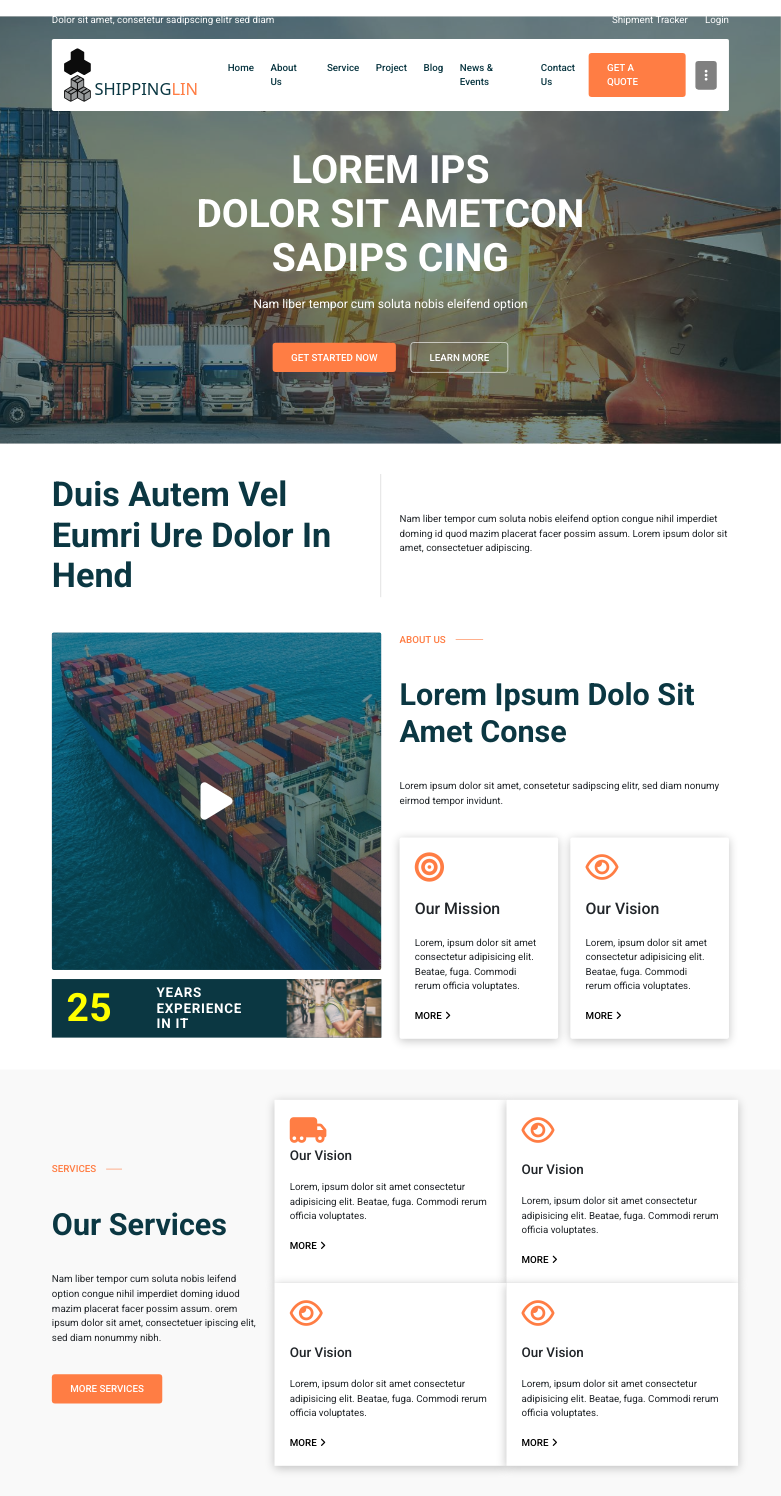
Repository: nazmulalok/shipping-theme
Page: index.html
These files come from the project's save history. The page is drawn as it stood at one moment and after the next save; the edit follows.
The browser window is 1280 px wide. The pictures show the whole page, at 61% of full size.
Some web libraries are served in a nearby version.

Above is the page before, as saved 2022-10-08 23:01:00.

### index.html
<!DOCTYPE html>
<html lang="en">

    <head>
        <meta charset="UTF-8">
        <meta http-equiv="X-UA-Compatible" content="IE=edge">
        <meta name="viewport" content="width=device-width, initial-scale=1.0">
        <link rel="preconnect" href="https://fonts.googleapis.com">
        <link rel="preconnect" href="https://fonts.gstatic.com" crossorigin>
        <link
            href="https://fonts.googleapis.com/css2?family=Roboto:ital,wght@0,300;0,400;0,500;0,700;0,900;1,300;1,400;1,500;1,700;1,900&display=swap"
            rel="stylesheet">
        <link rel="stylesheet" href="https://cdnjs.cloudflare.com/ajax/libs/font-awesome/6.2.0/css/all.min.css"
            integrity="sha512-xh6O/CkQoPOWDdYTDqeRdPCVd1SpvCA9XXcUnZS2FmJNp1coAFzvtCN9BmamE+4aHK8yyUHUSCcJHgXloTyT2A=="
            crossorigin="anonymous" referrerpolicy="no-referrer" />
        <link rel="stylesheet" href="https://cdn.jsdelivr.net/npm/bootstrap@4.0.0/dist/css/bootstrap.min.css"
            integrity="sha384-Gn5384xqQ1aoWXA+058RXPxPg6fy4IWvTNh0E263XmFcJlSAwiGgFAW/dAiS6JXm" crossorigin="anonymous">
        <link rel="stylesheet" href="style.css">
        <title>Document</title>
    </head>

    <body>
        <header class="header-top">
            <div class="container">
                <div class="top-bar">
                    <p class="m-0">Dolor sit amet, consetetur sadipscing elitr sed diam</p>
                    <div>
                        <span class="mr-4">Shipment Tracker</span>
                        <span>Login</span>
                    </div>
                </div>
                <div class="header-area">
                    <div class="logo">
                        <img src="images/box.svg" alt="Logo Box" class="me-2">
                        <img src="images/shipping-logo.svg" alt="Shipping Logo">
                    </div>
                    <nav>
                        <ul>
                            <li><a href="#">Home</a></li>
                            <li><a href="#">About Us</a></li>
                            <li><a href="#">Service</a></li>
                            <li><a href="#">Project</a></li>
                            <li><a href="#">Blog</a></li>
                            <li><a href="#">News & Events</a></li>
                            <li><a href="#">Contact Us</a></li>
                        </ul>
                    </nav>
                    <div class="nav-btn">
                        <a class="common-btn mr-3" href="#">Get A Quote</a>
                        <i class="fa-solid fa-ellipsis-vertical"></i>
                    </div>
                </div>
            </div>
        </header>
        <!-- Slider -->
        <section>
            <div class="main-slider">
                <div class="container">
                    <div class="slide-content">
                        <div class="slide-text">
                            <div class="slider-title mb-4">Lorem ips<br>
                                dolor sit ametcon<br>
                                sadips cing</div>
                            <p>Nam liber tempor cum soluta nobis eleifend option</p>
                            <div class="sliderBtn mt-5"><a class="common-btn mr-4" href="#">Get Started Now</a><a
                                    class="common-btn outline-btn" href="#">Learn More</a></div>
                        </div>
                    </div>
                </div>
            </div>
        </section>
        <!-- Slider Ends -->
        <div class="common-sec">
            <div class="container">
                <div class="row align-items-center mb-5">
                    <div class="col-lg-6">
                        <h1 class="border-heading">Duis Autem Vel Eumri
                            Ure Dolor In Hend</h1>
                    </div>
                    <div class="col-lg-6">
                        <p class="ms-4">Nam liber tempor cum soluta nobis eleifend option congue nihil imperdiet doming
                            id quod mazim
                            placerat facer possim assum. Lorem ipsum dolor sit amet, consectetuer adipiscing.</p>
                    </div>
                </div>
                <div class="row mt-5">
                    <div class="col-lg-6">
                        <div class="video-box img-box img-shadow">
                            <img src="images/ship-products.jpg" alt="Ship Products" />
                            <a data-fancybox="" href="" class="video-btn">
                                <i class="fa fa-play"></i>
                            </a>
                        </div>
                        <div class="exp-section">
                            <div class="exp-title ml-4">
                                25
                            </div>
                            <div class="exp-paragraph">
                                Years <br>Experience <br>In It
                            </div>
                            <img src="images/exp-bg.png" alt="Experience">
                        </div>
                    </div>
                    <div class="col-lg-6">
                        <span class="sp-title">About Us</span>
                        <h2 class="mb-5">Lorem Ipsum Dolo
                            Sit Amet Conse</h2>
                        <p class="mb-5">Lorem ipsum dolor sit amet, consetetur sadipscing elitr, sed diam nonumy eirmod
                            tempor
                            invidunt.</p>
                        <div class="boxes">
                            <div class="common-box">
                                <div class="content">
                                    <i class="fa-solid fa-bullseye mb-4"></i>
                                    <div class="box-title mb-4">
                                        Our Mission
                                    </div>
                                    <p class="mb-4">Lorem, ipsum dolor sit amet consectetur adipisicing elit. Beatae,
                                        fuga. Commodi
                                        rerum
                                        officia voluptates.</p>
                                    <a href="#" class="more-btn">More</a>
                                </div>
                            </div>
                            <div class="common-box">
                                <div class="content">
                                    <i class="fa-regular fa-eye mb-4"></i>
                                    <div class="box-title mb-4">
                                        Our Vision
                                    </div>
                                    <p class="mb-4">Lorem, ipsum dolor sit amet consectetur adipisicing elit. Beatae,
                                        fuga. Commodi
                                        rerum
                                        officia voluptates.</p>
                                    <a href="#" class="more-btn">More</a>
                                </div>
                            </div>
                        </div>
                    </div>
                </div>
            </div>
        </div>
        <div class="common-sec service-sec">
            <div class="container">
                <div class="row align-items-center">
                    <div class="col-lg-4">
                        <span class="sp-title">Services</span>
                        <h2 class="mb-5">Our Services</h2>
                        <p class="mb-5">Nam liber tempor cum soluta nobis leifend option congue nihil imperdiet doming
                            iduod mazim placerat facer possim assum. orem ipsum dolor sit amet, consectetuer ipiscing
                            elit, sed diam nonummy nibh.</p>
                        <a href="#" class="common-btn">More Services</a>
                    </div>
                    <div class="col-lg-8">
                        <div class="row">
                            <div class="col-lg-6 p-0">
                                <div class="common-box">
                                    <div class="content">
                                        <i class="fa-solid fa-truck-moving"></i>
                                        <div class="box-title mb-4">
                                            Our Vision
                                        </div>
                                        <p class="mb-4">Lorem, ipsum dolor sit amet consectetur adipisicing elit.
                                            Beatae,
                                            fuga. Commodi
                                            rerum
                                            officia voluptates.</p>
                                        <a href="#" class="more-btn">More</a>
                                    </div>
                                </div>
                            </div>
                            <div class="col-lg-6 p-0">
                                <div class="common-box">
                                    <div class="content">
                                        <i class="fa-regular fa-eye mb-4"></i>
                                        <div class="box-title mb-4">
                                            Our Vision
                                        </div>
                                        <p class="mb-4">Lorem, ipsum dolor sit amet consectetur adipisicing elit.
                                            Beatae,
                                            fuga. Commodi
                                            rerum
                                            officia voluptates.</p>
                                        <a href="#" class="more-btn">More</a>
                                    </div>
                                </div>
                            </div>
                            <div class="col-lg-6 p-0">
                                <div class="common-box">
                                    <div class="content">
                                        <i class="fa-regular fa-eye mb-4"></i>
                                        <div class="box-title mb-4">
                                            Our Vision
                                        </div>
                                        <p class="mb-4">Lorem, ipsum dolor sit amet consectetur adipisicing elit.
                                            Beatae,
                                            fuga. Commodi
                                            rerum
                                            officia voluptates.</p>
                                        <a href="#" class="more-btn">More</a>
                                    </div>
                                </div>
                            </div>
                            <div class="col-lg-6 p-0">
                                <div class="common-box">
                                    <div class="content">
                                        <i class="fa-regular fa-eye mb-4"></i>
                                        <div class="box-title mb-4">
                                            Our Vision
                                        </div>
                                        <p class="mb-4">Lorem, ipsum dolor sit amet consectetur adipisicing elit.
                                            Beatae,
                                            fuga. Commodi
                                            rerum
                                            officia voluptates.</p>
                                        <a href="#" class="more-btn">More</a>
                                    </div>
                                </div>
                            </div>
                        </div>
                    </div>
                </div>
            </div>
        </div>














        <script src="https://code.jquery.com/jquery-3.2.1.slim.min.js"
            integrity="sha384-KJ3o2DKtIkvYIK3UENzmM7KCkRr/rE9/Qpg6aAZGJwFDMVNA/GpGFF93hXpG5KkN"
            crossorigin="anonymous"></script>
        <script src="https://cdn.jsdelivr.net/npm/popper.js@1.12.9/dist/umd/popper.min.js"
            integrity="sha384-ApNbgh9B+Y1QKtv3Rn7W3mgPxhU9K/ScQsAP7hUibX39j7fakFPskvXusvfa0b4Q"
            crossorigin="anonymous"></script>
        <script src="https://cdn.jsdelivr.net/npm/bootstrap@4.0.0/dist/js/bootstrap.min.js"
            integrity="sha384-JZR6Spejh4U02d8jOt6vLEHfe/JQGiRRSQQxSfFWpi1MquVdAyjUar5+76PVCmYl"
            crossorigin="anonymous"></script>
    </body>

</html>

### style.css
/* Common CSS Starts*/
*,
*::before,
*::after {
    box-sizing: border-box;
    margin: 0;
    padding: 0;
}

html {
    scroll-behavior: smooth;
}

:root {
    --main-color: #FF7D44;
    --secondary-color: #0B3742;
    --tertiary-color: #FFFFFF;
}

body {
    font-family: 'Roboto', sans-serif;
}

a.white-space {
    white-space: nowrap;
}

/* Common CSS Ends */

/* slider style starts */

.main-slider>* {
    z-index: 10;
}

.main-slider {
    background: url(images/shipping-banner.jpg);
    height: 700px;
    width: 100%;
    background-size: cover;
    background-repeat: no-repeat;
    background-position: center;
    position: relative;
    display: flex;
    align-items: center;
    transition: all 1s;
    margin-top: -155px;
    z-index: 50;
}

.main-slider:before {
    content: '';
    width: 100%;
    height: 100%;
    top: 0;
    left: 0;
    position: absolute;
    background-color: rgb(11 55 66 / 55%);
    z-index: 1;
}

.slide-content {
    text-align: center;
}

.slide-text {
    color: var(--tertiary-color);
    padding-top: 100px;
}

.slider-title {
    font-size: 4rem;
    font-weight: 600;
    line-height: 4.5rem;
    text-transform: uppercase;
}

.slide-text p {
    font-size: 20px;
}

a.common-btn {
    display: inline-block;
    text-decoration: none;
    color: var(--tertiary-color);
    background: var(--main-color);
    padding: 12px 30px;
    border-radius: 5px;
    font-size: 16px;
    font-weight: 500;
    text-transform: uppercase;
    transition: all 1s ease;
}

a.common-btn:hover {
    background: var(--tertiary-color);
    color: var(--secondary-color);
}

a.common-btn.outline-btn {
    background: transparent !important;
    border: 1px solid var(--tertiary-color);
}

a.common-btn.outline-btn:hover {
    background: var(--tertiary-color) !important;
}

/* Header style starts */

.header-top {
    z-index: 100;
    background: transparent;
    position: relative;
}

.top-bar,
.header-area {
    display: flex;
    justify-content: space-between;
    align-items: center;
    color: var(--tertiary-color);
}

.top-bar {
    padding: 20px 0px;
}

.header-area {
    background: var(--tertiary-color);
    padding: 15px 20px;
    border-radius: 3px;
}

nav ul {
    list-style-type: none;
    color: var(--secondary-color);
    display: flex;
    gap: 1.7rem;
    margin: 0;
}

nav ul a {
    color: var(--secondary-color);
    text-decoration: none;
    font-size: 16px;
    font-weight: 500;
    transition: all 0.5s;
}

nav ul a:hover {
    color: var(--main-color);
    transition: all 0.5s;
}

.nav-btn {
    align-items: center;
    display: flex;
}

.nav-btn i {
    color: var(--tertiary-color);
    font-size: 21px;
    background: gray;
    padding: 13px 15px;
    border-radius: 5px;
}

/* Headings Styles */

h1 {
    font-size: 56px;
}

h2 {
    font-size: 50px;
}

h3 {
    font-size: 44px;
}

h4 {
    font-size: 38px;
}

h5 {
    font-size: 32px;
}

h6 {
    font-size: 26px;
}

h1,
h2,
h3,
h4,
h5,
h6 {
    font-weight: 700;
    margin-bottom: 10px;
    color: var(--secondary-color);
}

/* Section Styles */

.py-50,
.common-sec {
    padding-top: 50px;
    padding-bottom: 50px;
}

.common-sec {
    position: relative;
    z-index: 0;
    overflow: hidden;
}

.common-sec:nth-child(even):before {
    content: "";
    position: absolute;
    width: 1000%;
    height: 100%;
    top: 50%;
    left: 50%;
    transform: translate(-50%, -50%);
    background-color: #f9f9f9;
    border-bottom: 1px solid #f6f6f6;
    z-index: -1;
}

/* Image box style */

.img-box {
    border-radius: 3px;
    transition: 0.5s;
    margin-bottom: 15px;
    text-align: center;
    position: relative;
}

.img-box img {
    border-radius: 3px;
}

.img-box:last-child {
    margin-bottom: 0;
}

figure.img-box img+figcaption {
    margin-top: 10px;
    text-align: left;
    padding: 10px;
    border-radius: 3px;
    box-shadow: -5px 5px 20px 0 rgb(0 0 0 / 5%);
}

.img-box.img-shadow:before {
    content: '';
    width: 100%;
    height: 100%;
    position: absolute;
    top: 0;
    left: 0;
    background-color: rgb(11 55 66 / 55%);
    border-radius: 3px;
}

/* Video Box */

.video-box {
    position: relative;
}

.video-box img {
    border-radius: 3px;
    width: 100%;
}

.video-btn {
    position: absolute;
    text-align: center;
    color: var(--tertiary-color);
    font-size: 30px;
    border: none;
    left: 50%;
    top: 50%;
    -webkit-transform: translate(-50%, -50%);
    transform: translate(-50%, -50%);
    display: flex;
    justify-content: center;
    align-items: center;
    text-decoration: none !important;
    box-shadow: none;
    transition: 0.5s;
}

.video-btn .fa-play {
    color: var(--tertiary-color);
    position: relative;
    z-index: 99;
    -webkit-transition: color 0.5s;
    transition: 0.5s;
    text-decoration: none;
    line-height: 80px;
    font-size: 70px;
}

.video-btn:hover {
    color: inherit;
}

.video-btn:hover .fa-play {
    color: var(--main-color);
}

.video-btn:before,
.video-btn:after {
    display: none;
}

/* Common Box Styles */

.common-box {
    box-shadow: rgb(0 0 0 / 24%) 0px 3px 15px;
    height: 100%;
    background-color: #fff;
    border-radius: 3px;
    transition: all 0.5s ease;
}

.common-box>.img-box {
    margin-bottom: 0;
}

.common-box .common-heading:last-child,
.common-box p:last-child,
.common-box ul:last-child,
.common-box ul:last-child li:last-child,
.common-box .img-box:last-child {
    margin-bottom: 0;
}

.common-box>.content {
    padding: 25px;
}

/* Other CSS Starts */

.border-heading {
    border-right: 2px solid #E8E8E8;
}

.sp-title {
    display: flex;
    text-transform: uppercase;
    color: var(--main-color);
    font-weight: 500;
    align-items: center;
    margin-bottom: 3rem;
}

.sp-title:after {
    content: '';
    width: 20px;
    height: 1px;
    background: var(--main-color);
    flex: 0.1;
    margin-left: 1rem;
}

.boxes {
    display: grid;
    grid-template-columns: 1fr 1fr;
    grid-gap: 20px;
}

.common-box i {
    color: var(--main-color);
    font-size: 48px;
}

.common-box .box-title {
    font-size: 26px;
    font-weight: 500;
}

.common-box:hover {
    background-color: var(--main-color);
    color: var(--tertiary-color);
    transition: all 0.5s ease;
}

.common-box:hover i {
    color: var(--tertiary-color);
    transition: all 1s ease;
}

.exp-section {
    background: var(--secondary-color);
    display: flex;
    align-items: center;
    justify-content: space-between;
}

.exp-section .exp-title {
    color: #FFFF00;
    font-size: 64px;
    font-weight: 600;
    letter-spacing: 0.5px;
}

.exp-section .exp-paragraph {
    color: var(--tertiary-color);
    font-size: 22px;
    font-weight: 600;
    line-height: normal;
    text-transform: uppercase;
    letter-spacing: 1.2px;
}

.exp-section img {
    width: 155px;
}

a.more-btn {
    display: inline-block;
    color: #000;
    font-size: 16px;
    font-weight: 500;
    text-transform: uppercase;
    text-decoration: none;
}

a.more-btn:after {
    content: '\f105';
    font-family: 'FontAwesome';
    margin-left: 5px;

}

.common-box:hover a.more-btn {
    color: var(--tertiary-color);
}

/* Service Section */

.service-sec .common-box {
    border-radius: 0px;
}

.service-sec .common-box .box-title {
    font-size: 22px;
    font-weight: 500;
}

After the next save:
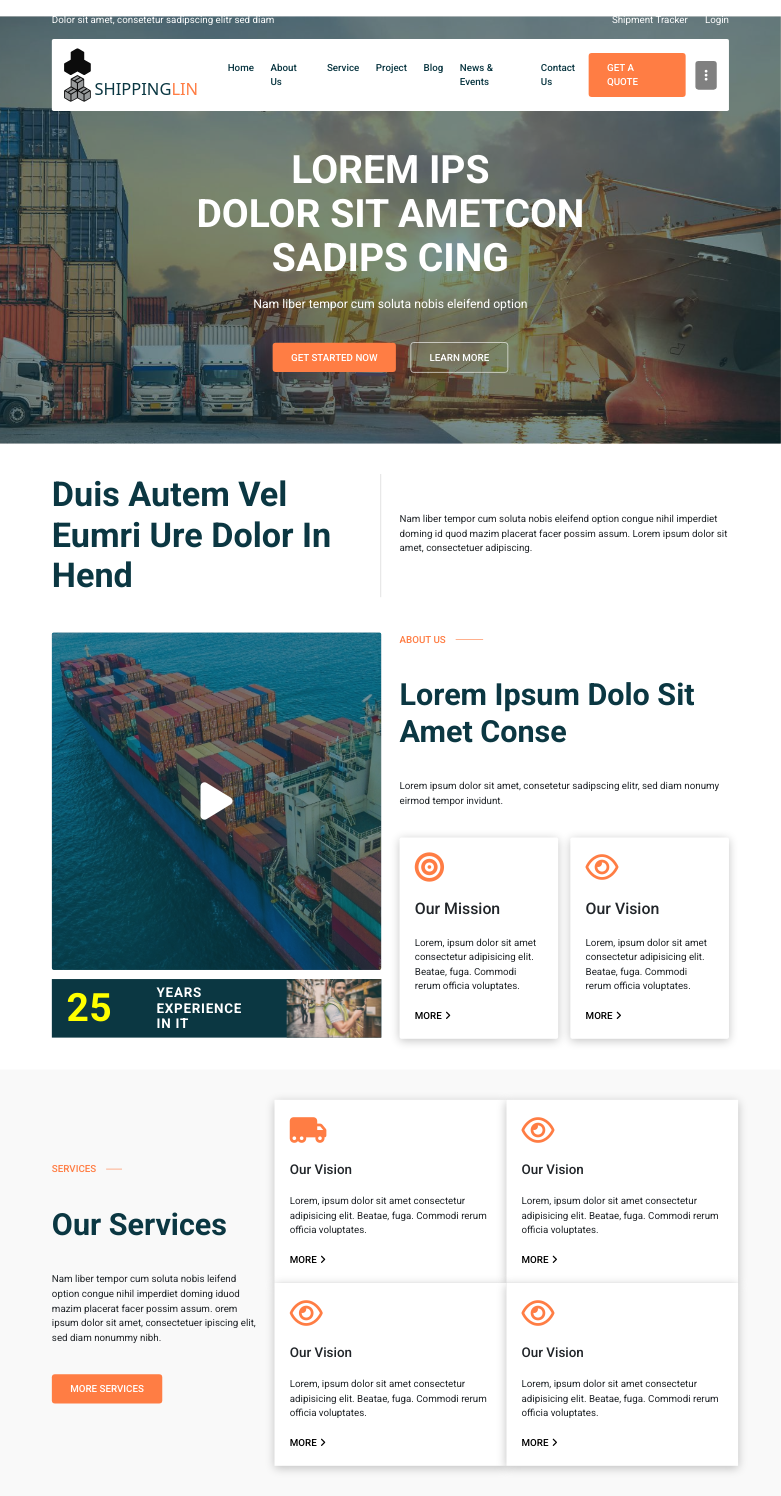
Saved 21 s later.
--- a/index.html
+++ b/index.html
@@ -156,7 +156,7 @@
                             <div class="col-lg-6 p-0">
                                 <div class="common-box">
                                     <div class="content">
-                                        <i class="fa-solid fa-truck-moving"></i>
+                                        <i class="fa-solid fa-truck-moving mb-4"></i>
                                         <div class="box-title mb-4">
                                             Our Vision
                                         </div>
